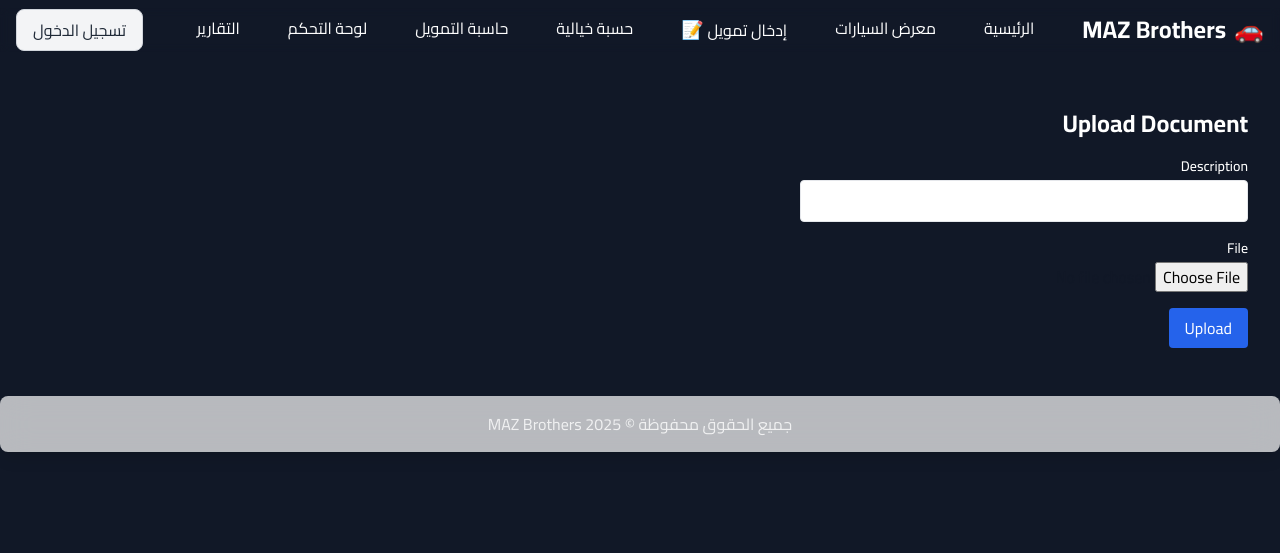
Repository: mazroni9/car-finance2
Page: /admin/dashboard/documents/upload
An editor plug-in stored every save of this project. The page is shown before and after the next save, followed by the edit.
The browser window is 1280 px wide. The pictures show the whole page.
The page's requests for data from a server got no answer. The project was rebuilt for these pictures with package versions that can differ from the ones it lists, and the page was loaded fresh each time. Some packages were replaced by stand-ins written for this rebuild. The framework's server and built-in components were replaced by stand-ins that run in the browser. No one was signed in, and anything a server would have sent is missing. Also part of the build but not shown: next.config.mjs.

Above is the page before, as saved 2025-07-02 10:18:02.

### src/app/layout.tsx
import { Cairo } from "next/font/google";
import Navigation from "@/components/Navigation";
import "./globals.css";
import { metadata } from "./metadata";

const cairo = Cairo({
  subsets: ["arabic"],
  display: 'swap',
  adjustFontFallback: false
});

export { metadata };

export default function RootLayout({
  children,
}: {
  children: React.ReactNode;
}) {
  return (
    <html lang="ar" dir="rtl">
      <body className={cairo.className} suppressHydrationWarning>
        <Navigation />
        <main className="container mx-auto px-4 py-8">
          {children}
        </main>
        <footer className="glass-card mt-auto p-4">
          <div className="container mx-auto text-center">
            <p className="opacity-80">جميع الحقوق محفوظة © 2025 MAZ Brothers</p>
          </div>
        </footer>
      </body>
    </html>
  );
}

### src/app/admin/dashboard/documents/upload/page.tsx
/**
 * @file /src/app/admin/dashboard/documents/upload/page.tsx
 * @description صفحة رفع مستندات تدعم Cloudinary و Supabase Storage حسب نوع الملف، مع رفع مباشر من المتصفح
 * @table documents
 * @created 2025-06-26
 */

'use client'

import React, { useState } from 'react'
import { supabase } from '@/lib/services/supabase'
import { useRouter } from 'next/navigation'

export default function UploadDocumentPage() {
  const [file, setFile] = useState<File | null>(null)
  const [description, setDescription] = useState('')
  const [isUploading, setUploading] = useState(false)
  const router = useRouter()

  const handleUpload = async (e: React.FormEvent) => {
    e.preventDefault()
    if (!file) return

    try {
      setUploading(true)
      const fileType = file.type.split('/')[0] // image / application / etc
      let fileUrl = ''

      if (fileType === 'image') {
        const formData = new FormData()
        formData.append('file', file)

        const response = await fetch('/api/upload', {
          method: 'POST',
          body: formData
        })

        const { url } = await response.json()
        fileUrl = url
      } else {
        const filename = `${Math.random().toString(36).substring(7)}_${file.name}`
        const { error: uploadError } = await supabase.storage
          .from('documents')
          .upload(filename, file)

        if (uploadError) throw uploadError

        const { data: { publicUrl } } = supabase.storage
          .from('documents')
          .getPublicUrl(filename)

        fileUrl = publicUrl
      }

      const { error } = await supabase
        .from('documents')
        .insert({
          description,
          file_url: fileUrl,
          file_type: fileType,
          user_id: 'system'
        })

      if (error) throw error

      router.push('/admin/dashboard/documents')
    } catch (error) {
      console.error('Error uploading document:', error)
      alert('Error uploading document')
    } finally {
      setUploading(false)
    }
  }

  return (
    <div className="p-4">
      <h1 className="text-2xl font-bold mb-4">Upload Document</h1>
      <form onSubmit={handleUpload} className="max-w-md">
        <div className="mb-4">
          <label className="block text-sm font-medium mb-1">Description</label>
          <input
            type="text"
            value={description}
            onChange={(e) => setDescription(e.target.value)}
            className="w-full p-2 border rounded"
            required
          />
        </div>
        <div className="mb-4">
          <label className="block text-sm font-medium mb-1">File</label>
          <input
            type="file"
            onChange={(e) => setFile(e.target.files?.[0] || null)}
            className="w-full"
            required
          />
        </div>
        <button
          type="submit"
          disabled={isUploading}
          className="bg-blue-600 text-white px-4 py-2 rounded hover:bg-blue-700 disabled:opacity-50"
        >
          {isUploading ? 'Uploading...' : 'Upload'}
        </button>
      </form>
    </div>
  )
}

### src/components/Navigation.tsx
'use client';

import Link from 'next/link';
import { usePathname } from 'next/navigation';

export default function Navigation() {
  const pathname = usePathname();

  return (
    <header className="sticky top-0 z-50 w-full backdrop-blur-sm">
      <nav className="mx-4 my-2">
        <div className="container mx-auto">
          <div className="flex items-center justify-between">
            <div className="flex items-center gap-8">
              <Link href="/" className="flex items-center gap-2">
                <span className="text-2xl">🚗</span>
                <h1 className="text-2xl font-bold">MAZ Brothers</h1>
              </Link>
              <div className="flex gap-4">
                <Link
                  href="/"
                  className={`nav-link ${pathname === '/' ? 'bg-white/10' : ''}`}
                >
                  الرئيسية
                </Link>
                <Link
                  href="/cars"
                  className={`nav-link ${pathname === '/cars' ? 'bg-white/10' : ''}`}
                >
                  معرض السيارات
                </Link>
                <Link
                  href="/admin/car-finance-entry"
                  className={`nav-link ${pathname === '/admin/car-finance-entry' ? 'bg-white/10' : ''}`}
                >
                  <span className="flex items-center gap-1">
                    <span>إدخال تمويل</span>
                    <span className="text-lg">📝</span>
                  </span>
                </Link>
                <Link
                  href="/car-finance"
                  className={`nav-link ${pathname === '/car-finance' ? 'bg-white/10' : ''}`}
                >
                  حسبة خيالية
                </Link>
                <Link
                  href="/finance"
                  className={`nav-link ${pathname === '/finance' ? 'bg-white/10' : ''}`}
                >
                  حاسبة التمويل
                </Link>
                <Link
                  href="/dashboard"
                  className={`nav-link ${pathname === '/dashboard' ? 'bg-white/10' : ''}`}
                >
                  لوحة التحكم
                </Link>
                <Link
                  href="/reports"
                  className={`nav-link ${pathname === '/reports' ? 'bg-white/10' : ''}`}
                >
                  التقارير
                </Link>
              </div>
            </div>
            <div className="flex items-center gap-4">
              <button className="button-secondary">تسجيل الدخول</button>
            </div>
          </div>
        </div>
      </nav>
      <style jsx>{`
        .nav-link {
          @apply px-4 py-2 rounded-lg text-white/90 hover:bg-white/10 transition-colors;
        }
        .button-secondary {
          @apply px-4 py-2 rounded-lg bg-white/10 text-white hover:bg-white/20 transition-colors;
        }
      `}</style>
    </header>
  );
}

### src/app/globals.css
@tailwind base;
@tailwind components;
@tailwind utilities;

/* Add custom styles for RTL inputs and selects */
select, input {
  text-align: right !important;
}

select option {
  text-align: right !important;
  direction: rtl !important;
}

/* Fix select appearance */
select {
  -webkit-appearance: none;
  -moz-appearance: none;
  appearance: none;
  background-image: url("data:[embedded picture, 232 characters]");
  background-position: left 0.5rem center;
  background-repeat: no-repeat;
  background-size: 1.5em 1.5em;
  padding-left: 2.5rem;
}

/* Ensure text is visible */
select, input, option {
  color: #111827 !important; /* text-gray-900 */
  font-size: 1rem !important;
}

:root {
  --primary: #2563eb;
  --secondary: #64748b;
}

@layer base {
  body {
    @apply bg-gray-900 text-white;
  }
}

@layer components {
  .glass-card {
    @apply bg-white bg-opacity-70 backdrop-blur-lg rounded-lg shadow-lg;
  }

  .button-primary {
    @apply bg-blue-600 text-white rounded-lg px-4 py-2 hover:bg-blue-700 transition-colors duration-200 inline-block;
  }

  .button-secondary {
    @apply bg-gray-100 text-gray-800 rounded-lg px-4 py-2 hover:bg-gray-200 transition-colors duration-200 inline-block border border-gray-300;
  }

  .nav-link {
    @apply px-4 py-2 rounded-lg hover:bg-white/10 transition-colors;
  }

  .countdown-box {
    @apply flex items-center justify-center bg-white/10 rounded-lg p-3 backdrop-blur-sm;
  }

  .countdown-number {
    @apply text-2xl font-bold text-white/90;
  }

  .countdown-label {
    @apply text-sm text-white/70;
  }

  .input-field {
    @apply w-full p-2 rounded-lg bg-white/10 border border-white/10 focus:outline-none focus:border-[var(--text-primary)] text-[var(--text-primary)];
  }

  .input-field::placeholder {
    color: var(--text-secondary);
    opacity: 0.5;
  }

  .select-field {
    @apply w-full p-2 rounded-lg bg-white/10 border border-white/10 focus:outline-none focus:border-[var(--text-primary)] text-[var(--text-primary)];
  }

  .error-message {
    @apply bg-[var(--error-light)] bg-opacity-10 text-[var(--error-text)] text-opacity-90 rounded-lg p-2;
  }

  .error-box {
    @apply bg-[var(--error-light)] bg-opacity-10 text-[var(--error-text)] text-opacity-90 rounded-lg px-3 py-2 flex items-center gap-2;
  }

  .error-count {
    @apply bg-[var(--error-light)] bg-opacity-10 text-[var(--error-text)] text-opacity-90 rounded-full px-2 py-1 text-sm flex items-center gap-1;
  }

  .stat-card {
    @apply glass-card p-6;
  }

  .stat-value {
    @apply text-3xl font-bold text-[var(--text-primary)];
  }

  .stat-label {
    @apply text-sm text-[var(--text-secondary)];
  }

  .form-label {
    @apply block text-sm mb-2 text-[var(--text-primary)];
  }

  .form-value {
    @apply text-[var(--text-primary)] text-lg;
  }
}

/* تحريك الخلفية */
@keyframes gradientAnimation {
  0% { background-position: 0% 50%; }
  50% { background-position: 100% 50%; }
  100% { background-position: 0% 50%; }
}

.animated-gradient {
  background: linear-gradient(135deg,
    rgb(224, 236, 228) 0%,
    rgb(209, 227, 217) 50%,
    rgb(196, 215, 204) 100%
  );
  position: fixed;
  top: 0;
  left: 0;
  right: 0;
  bottom: 0;
  z-index: -1;
}

/* تأثيرات إضافية */
.hover-card {
  @apply transition-colors;
}

.hover-card:hover {
  @apply bg-white/10;
}

### src/app/metadata.ts
import type { Metadata } from "next";

export const metadata: Metadata = {
  title: "نظام تمويل السيارات | MAZ Brothers",
  description: "نظام إدارة تمويل وتقسيط السيارات",
};

### src/lib/services/supabase.ts
// src/lib/services/supabase.ts

import { createClient } from '@supabase/supabase-js';
import type { Database } from '@/types/supabase';

if (!process.env.NEXT_PUBLIC_SUPABASE_URL || !process.env.NEXT_PUBLIC_SUPABASE_ANON_KEY) {
  throw new Error('Missing Supabase environment variables');
}

export const supabase = createClient<Database>(
  process.env.NEXT_PUBLIC_SUPABASE_URL,
  process.env.NEXT_PUBLIC_SUPABASE_ANON_KEY,
  {
    auth: {
      persistSession: false
    }
  }
);

export default supabase;

### tailwind.config.js
/** @type {import('tailwindcss').Config} */
module.exports = {
  content: [
    './src/pages/**/*.{js,ts,jsx,tsx,mdx}',
    './src/components/**/*.{js,ts,jsx,tsx,mdx}',
    './src/app/**/*.{js,ts,jsx,tsx,mdx}',
  ],
  theme: {
    extend: {
      colors: {
        primary: 'var(--primary)',
        secondary: 'var(--secondary)',
      },
    },
  },
  plugins: [],
}

### src/components/ui/back-button.tsx
'use client';

import { useRouter } from 'next/navigation';

interface BackButtonProps {
  label?: string;
  className?: string;
}

export function BackButton({ label = 'رجوع', className = '' }: BackButtonProps) {
  const router = useRouter();

  return (
    <button
      onClick={() => router.back()}
      className={`flex items-center gap-2 px-4 py-2 text-sm font-medium text-gray-700 bg-white border border-gray-300 rounded-lg hover:bg-gray-50 focus:outline-none focus:ring-2 focus:ring-offset-2 focus:ring-blue-500 ${className}`}
    >
      <svg
        xmlns="http://www.w3.org/2000/svg"
        className="w-4 h-4 rotate-180"
        viewBox="0 0 20 20"
        fill="currentColor"
      >
        <path
          fillRule="evenodd"
          d="M10.293 3.293a1 1 0 011.414 0l6 6a1 1 0 010 1.414l-6 6a1 1 0 01-1.414-1.414L14.586 11H3a1 1 0 110-2h11.586l-4.293-4.293a1 1 0 010-1.414z"
          clipRule="evenodd"
        />
      </svg>
      {label}
    </button>
  );
}

After the next save:
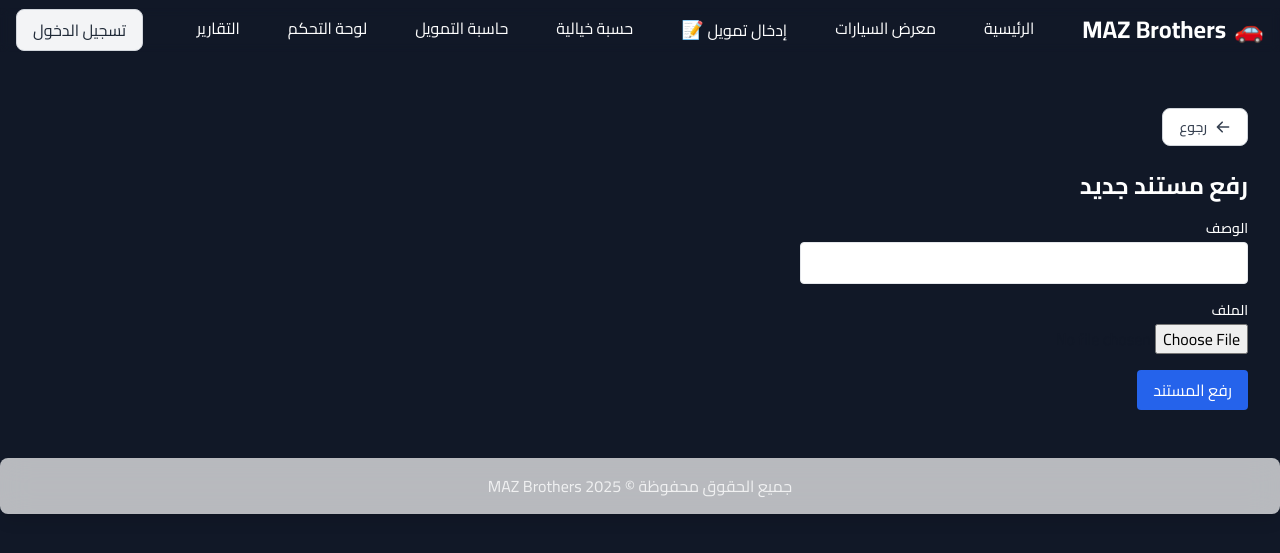
Saved 20 s later.
--- a/src/app/admin/dashboard/documents/upload/page.tsx
+++ b/src/app/admin/dashboard/documents/upload/page.tsx
@@ -10,6 +10,7 @@
 import React, { useState } from 'react'
 import { supabase } from '@/lib/services/supabase'
 import { useRouter } from 'next/navigation'
+import { BackButton } from '@/components/ui/back-button'
 
 export default function UploadDocumentPage() {
   const [file, setFile] = useState<File | null>(null)
@@ -74,10 +75,14 @@ export default function UploadDocumentPage() {
 
   return (
     <div className="p-4">
-      <h1 className="text-2xl font-bold mb-4">Upload Document</h1>
+      <div className="mb-6">
+        <BackButton />
+      </div>
+
+      <h1 className="text-2xl font-bold mb-4">رفع مستند جديد</h1>
       <form onSubmit={handleUpload} className="max-w-md">
         <div className="mb-4">
-          <label className="block text-sm font-medium mb-1">Description</label>
+          <label className="block text-sm font-medium mb-1">الوصف</label>
           <input
             type="text"
             value={description}
@@ -87,7 +92,7 @@ export default function UploadDocumentPage() {
           />
         </div>
         <div className="mb-4">
-          <label className="block text-sm font-medium mb-1">File</label>
+          <label className="block text-sm font-medium mb-1">الملف</label>
           <input
             type="file"
             onChange={(e) => setFile(e.target.files?.[0] || null)}
@@ -100,7 +105,7 @@ export default function UploadDocumentPage() {
           disabled={isUploading}
           className="bg-blue-600 text-white px-4 py-2 rounded hover:bg-blue-700 disabled:opacity-50"
         >
-          {isUploading ? 'Uploading...' : 'Upload'}
+          {isUploading ? 'جاري الرفع...' : 'رفع المستند'}
         </button>
       </form>
     </div>
